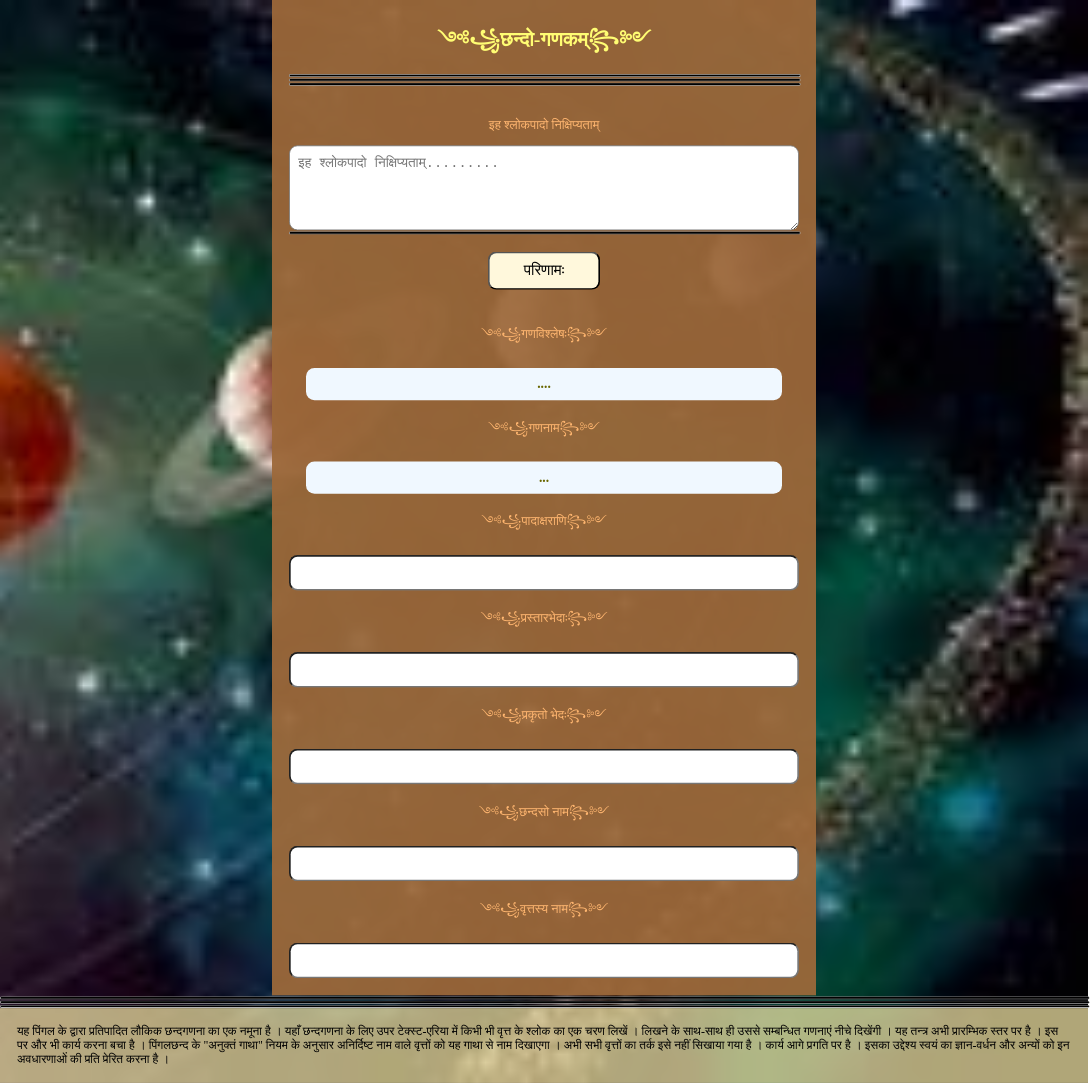
Repository: arshavak/pingala_chhand_shastram
Page: index.html
These files come from the project's save history. The page is drawn as it stood at one moment and after the next save; the edit follows.
The browser window is 1280 px wide. The page is 1282 px wide, so the pictures cover 1282 px, including what lies to the right of the window. The pictures show the whole page, at 85% of full size.

Above is the page before, as saved 2024-10-20 16:45:52.

### index.html

<head>
<title>छन्दो-गणकम्</title>
<meta name="viewport" content="width=device-width, initial-scale=1.0">

<link rel="stylesheet"  href="style.css">

</head>
<body>
<div class="contaner" id="contaner">

<h3>༺꧁छन्दो-गणकम्꧂༻
</h3>
<hr><hr><hr><br>
<label for="h3">इह श्लोकपादो निक्षिप्यताम्</label>
<textarea placeholder="इह श्लोकपादो निक्षिप्यताम्.........
" id="inp" onkeyup="lagabodhakam();"></textarea>
<hr>
<button id="btn" onclick="lagabodhakam()">परिणामः</button>
<label>༺꧁गणविश्लेषः꧂༻</label>
<h4 id="SI_vichched">....</h4>
<h4 id="falani"></h4>
<label>༺꧁गणनाम꧂༻</label>
<h4 id="fl">...</h4>
<label>༺꧁पादाक्षराणि꧂༻</label>
<input id="padaksharani" type="number"  readonly="" title="number"/>
<label>༺꧁प्रस्तारभेदाः꧂༻</label>
<input id="prastarabhedah" type="number" readonly="" title="number"/>
<label>༺꧁प्रकृतो भेदः꧂༻</label>
<input id="prakritobhedah" type="number" readonly="" title="number"/>
<label>༺꧁छन्दसो नाम꧂༻</label>
<input id="chhandasonama" type="text" readonly="" title="number"/>

<label>༺꧁वृत्तस्य नाम꧂༻</label>
<input id="vname" type="text" readonly="" title="number"/>
<span id="ktmtest"></span>
</div>
<hr><hr><hr>
<div class="vivaran">
 <p>
     यह पिंगल के द्वारा प्रतिपादित लौकिक छन्दगणना का एक नमूना है ।
     यहाँ छन्दगणना के लिए उपर टेक्स्ट-एरिया में किभी भी वृत्त के  श्लोक का एक चरण लिखें । लिखने के साथ-साथ ही उससे सम्बन्धित गणनाएं नीचे  दिखेंगी । यह तन्त्र अभी प्रारम्भिक स्तर पर है । इस पर और भी कार्य करना बचा है । पिंगलछन्द के "अनुक्तं गाथा" नियम के अनुसार अनिर्दिष्ट नाम वाले वृत्तों  को यह गाथा से नाम दिखाएगा । अभी सभी वृत्तों का तर्क इसे नहीं सिखाया गया है । कार्य आगे प्रगति पर है । इसका उद्देश्य स्वयं का ज्ञान-वर्धन और अन्यों को इन अवधारणाओं की प्रति प्रेरित करना है ।
 </p>

</div>
<script src="Javascript files/main-script.js"></script>
<script src="Javascript files/vritt-script.js"></script>
<script src="Javascript files/gan-script.js"></script>
</body>

### style.css


*{
  padding: 0;
  margin: 0;

}

body {
  background-image: url("fotos/background.jpeg");
  background-position: center;
  background-repeat: no-repeat;
  background-position: 100% 100%;
  background-size: cover;
  font-size: 20px;
}
label {
  margin-top: 15px;
  margin-bottom: 15px;
  display: block;
  font-size: 15px;
  color:#ffb670;
}

textarea {
  min-width: 100%;
  resize: vertical;
  min-height: 100px;
  padding: 10px;
  border-radius: 10px;
  font-size: 16px;
}

input{
  outline: none;
  width: 100%;
  padding: 10px;
  border-radius: 10px;
  font-size: 16px;
}

#btn{
  margin: 20px;
  background-color: cornsilk;
  display: inline-block;
  padding: 10px 40px;
  border-radius: 10px;
  font-weight: 400px;
  font-size: 18px;
  cursor: pointer;
  transition: background-color 0.3s ease;
}

#btn :hover{
  background-color: #f9b93f;
}
#btn :active{
   transform: calc(.2);
}
.contaner{
  padding: 20px;
  position: relative;
  text-align: center;
  background-color: #9d693af0;
  max-width: 600px;
  margin: auto;

}
.vivaran{
  background-color: rgba(255, 241, 174, 0.686);
/* color: rgb(2, 98, 98); */
padding: 20px;
font-size: 14px;
}

#falani{
  display:none
}
#ktmtest{
  font-size:0px;
}

h3{
  color:#fffd73;
}

h4 {
  color:#696700;
  margin: auto;
  word-wrap:break-word;
  font-weight:900;
  overflow-x:hidden;
  background-color: aliceblue;
  outline: none;
  width: 90%;
  padding: 10px;
  border-radius: 10px;
  font-size: 16px;
}

hr{
  background-color: #000000;
  height: 2px;
  width: 100%;
  border-radius: 20px;
  margin-top: 1px;
}

### Javascript files/gan-script.js
function gan(){
document.getElementById("fl").innerHTML="";
var x = document.getElementById("falani").innerText;
x=x.match(/.{1,3}/g);
var falam = document.getElementById("fl");
document.getElementById("SI_vichched").innerText=x;
for(var i = 0; i<x.length; i++){
if(x[i]=="ISI"){
falam.innerHTML+=`<b class="alrt" onclick="alert('कदा स ज्')">जगण</b>`;
}else
if(x[i]=="SSS"){
falam.innerHTML+= `<b class="alrt" onclick="alert('धीश्रीस्त्री म्')">मगण</b>`;
}else
if(x[i]=="ISS"){
falam.innerHTML+=`<b class="alrt" onclick="alert('वरा सा य्')">यगण</b>`;
}else

if(x[i]=="SIS"){
falam.innerHTML+=`<b class="alrt" onclick="alert('का गुहा र्')">रगण</b>`;
}else

if(x[i]=="IIS"){
falam.innerHTML+=`<b class="alrt" onclick="alert('वसुधा स्')">सगण</b>`;
}else

if(x[i]=="SSI"){
falam.innerHTML+=`<b class="alrt" onclick="alert('सा ते क्व त्')">तगण</b>`;
}else

if(x[i]=="SII"){
falam.innerHTML+=`<b class="alrt" onclick="alert('किं वद भ्')">भगण</b>`;
}else

if(x[i]=="III"){
falam.innerHTML+=`<b class="alrt" onclick="alert('न हसन्')">नगण</b>`;
}else

if(x[i]=="S"){
falam.innerHTML+=`<b class="alrt" onclick="alert('गन्ते , ध्रादिपरः , हे ')">गुरु</b>`;
}else

if(x[i]=="SS"){
falam.innerHTML+=`<b class="alrt" onclick="alert('गन्ते , ध्रादिपरः , हे ')">गुरुगुरु</b>`;
}else

if(x[i]=="SI"){
falam.innerHTML+=`<b class="alrt" onclick="alert('लघुगुरु')"> गुरुलघु</b>`;
}else

if(x[i]=="IS"){
falam.innerHTML+=`<b class="alrt" onclick="alert('लघुगुरु ')">लघुगुरु </b>`;
}else

if(x[i]=="II"){
falam.innerHTML+=`<b class="alrt" onclick="alert('लघु लघु')">लघु लघु</b>`;
}else

if(x[i]=="I"){
falam.innerHTML+=`<b class="alrt" onclick="alert('लघु')">लघु</b>`;
}else{
falam.innerHTML="......";
}}}

Loaded but not shown: Javascript files/main-script.js (no copy from this time; the picture is the same without it); Javascript files/vritt-script.js (no copy from this time; the picture is the same without it)

After the next save:
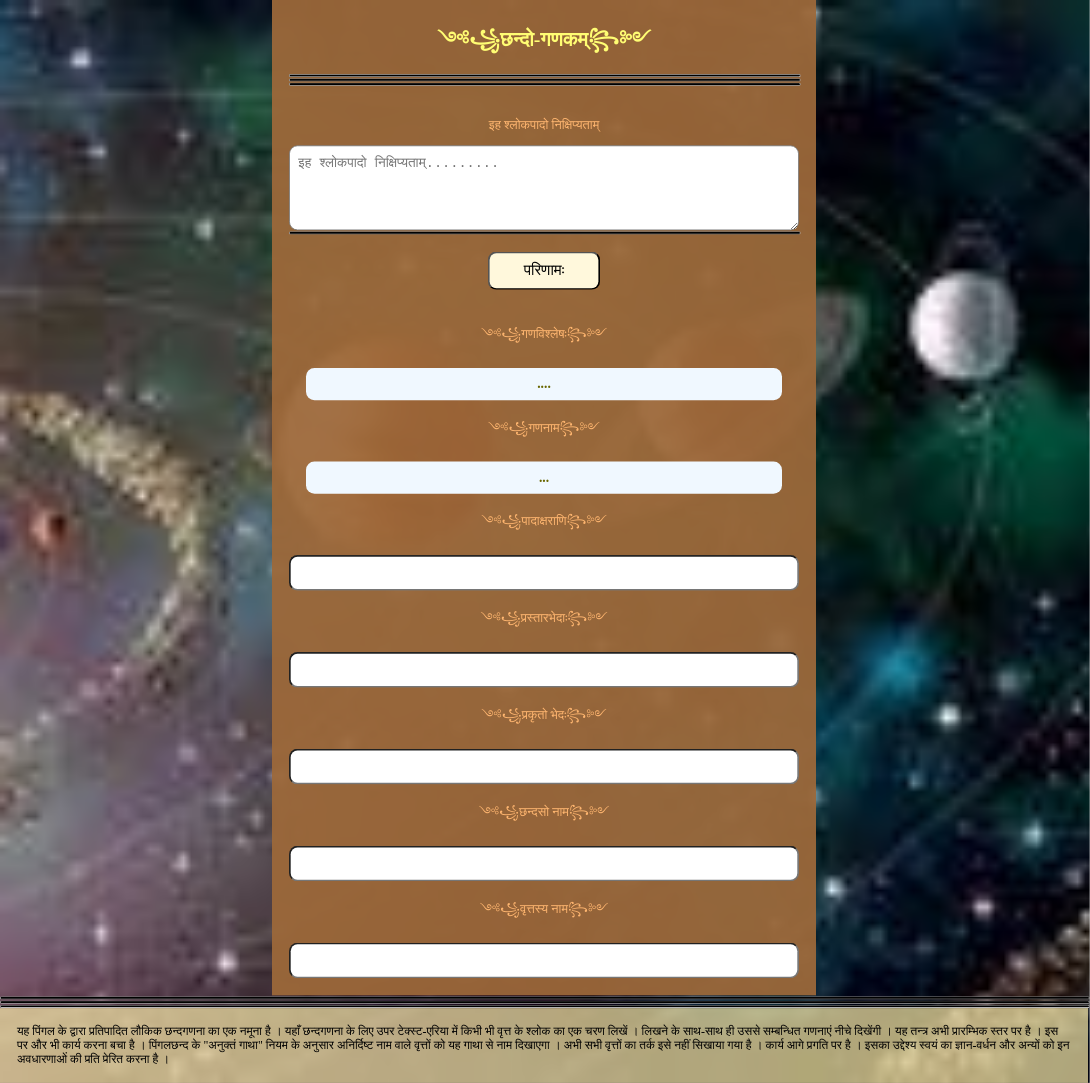
Saved 20 s later.
--- a/style.css
+++ b/style.css
@@ -10,7 +10,7 @@ body {
   background-image: url("fotos/background.jpeg");
   background-position: center;
   background-repeat: no-repeat;
-  background-position: 100% 100%;
+
   background-size: cover;
   font-size: 20px;
 }
